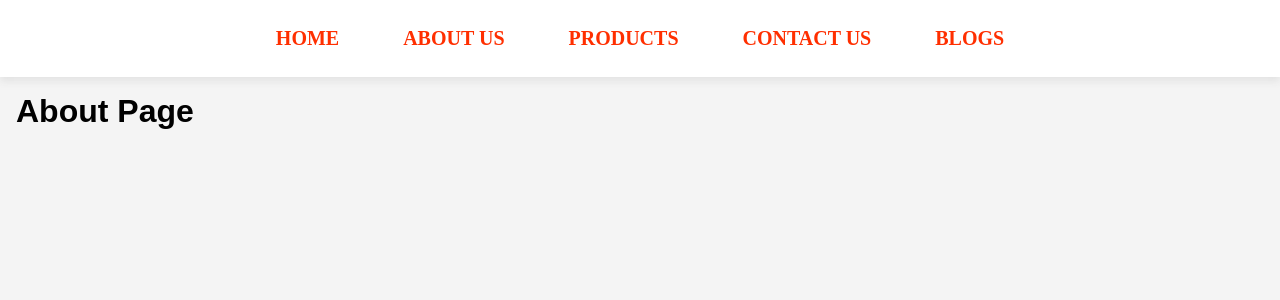
Repository: SharonSebastian32/ecommerce-web-using-react-framework
Page: /about
The author's editor kept a copy of each file at every save. The page is drawn from the files as they stood at one save, then again after a run of saves.
The browser window is 1280 px wide. The pictures show the whole page.
Some web fonts or font styles are not loaded; a fallback is used. The project was rebuilt for these pictures with package versions that can differ from the ones it lists, and the page was loaded fresh each time. Also part of the build but not shown: src/Style/homeStyle.css, src/pages/Home.jsx, src/pages/Blogs.jsx, src/pages/Contact.jsx, src/pages/NoPage.jsx, src/ProductPage/productCard.jsx, src/ProductPage/productPage.jsx, src/index.css.

Above is the page before, as saved 2024-07-02 12:11:32.

### src/main.jsx
 import ReactDOM from 'react-dom/client'
import App from './App.jsx'
import './index.css'

ReactDOM.createRoot(document.getElementById('root')).render(
     <App />
 )

### src/App.jsx
import ReactDOM from "react-dom/client";
import { BrowserRouter, Routes, Route } from "react-router-dom";
import Layout from "./pages/Layout";
import Home from "./pages/Home";
import Blogs from "./pages/Blogs";
import Contact from "./pages/Contact";
import NoPage from "./pages/NoPage";
import About from "./pages/About";
import './Style/layout1.css';
import ProFunction from "./ProductPage/productPage";
import '../src/App.css'



export default function App() {
  return (
    <BrowserRouter>
      <Routes>
        <Route path="/" element={<Layout />}>
          <Route index element={<Home />} />
          <Route path="blogs" element={<Blogs />} />
          <Route path="contact" element={<Contact />} />
          <Route path="about" element={<About />} />
          <Route path="product" element={<ProFunction />} />
          <Route path="*" element={<NoPage />} />
        </Route>
      </Routes>
    </BrowserRouter>
  );
}

const root = ReactDOM.createRoot(document.getElementById('root'));
root.render(<App />);

### src/pages/Layout.jsx
import '../Style/layout1.css'
import { Outlet, Link } from "react-router-dom";

const Layout = () => {
  return (
    <>

      <nav>

        <ul>

        <li>
          <Link to="/">HOME</Link>
        </li>
        <li>
          <Link to="/about">ABOUT US</Link>
        </li>
        <li>
          <Link to="/product">PRODUCTS</Link>
        </li>
        <li>
          <Link to="/contact">CONTACT US</Link>
        </li>
        <li>
          <Link to="/blogs">BLOGS</Link>
        </li>
        </ul>
      </nav>

      <Outlet />
    </>
  )
};

export default Layout;

### src/pages/About.jsx
const About = () => {


  return <h1>About Page</h1>;
};

export default About;

### src/Style/layout1.css


@import url('https://fonts.googleapis.com/css2?family=Playwrite+IT+Moderna:wght@100..400&display=swap');
    body {
        margin: 0;
        padding: 0;
        background-color: #e0ebf0;
    }

    nav {
        background-color: #ffffff;
        box-shadow: 0 4px 8px rgba(70, 69, 68, 0.1);
    }

    nav ul {
        list-style: none;
        margin: 0;
        padding: 0;
        display: flex;
        justify-content: center;
    }

    nav ul li {
        margin: 0;
    }

    nav ul li a {
        color: rgb(255, 47, 0);
        text-decoration: none;
        padding: 1.7rem 2rem;
        display: block;
        transition: background-color 0.3s ease, transform 0.3s ease;
        font-size: 20px;
        font-weight: bold;
        font-family: Moderna;


    }

    nav ul li a:hover {
        color:rgb(74, 199, 25);
        transform: translateY(-2px);
    }

### src/App.css
 body{
  margin: 0;
  padding: 0;
 }

### src/Style/Products/productPage.css
.product-section {
    display: flex;
    flex-wrap: wrap;
    justify-content: center;
}

.product-card {
    width: 200px;
    height: 350px;
    background-color: rgb(255, 255, 255);
    margin: 10px;
    padding: 10px;
    border-radius: 7px;
    backdrop-filter: blur(7px);
    box-shadow: 0 0.4rem 0.8rem #0005;
    text-align: center;
    transition: transform 0.3s ease-in-out;
}

.product-card:hover {
    transform: translateY(-9px);
}

.product-card img {
    width: 85%;
    height: 91px;
    transition: transform 0.3s ease-in-out;
}

.product-card:hover img {
    transform: scale(1.1);
}

.buy-btn {
    margin-top: 10px;
    background-color: rgb(255, 110, 7);
    color: rgb(255, 255, 255);
    border-radius: 5px;
    height: 29px;
    width: 100px;
    border: none;
    text-align: center;
    transition: background-color 0.3s, transform 0.2s;
}

.buy-btn:hover {
    background-color: rgb(255, 85, 0);
    transform: scale(1.1);
    color: rgb(255, 255, 255);
}

.head1 {
    text-align: center;
    color: #000080;
}

body {
    margin: 0;
    padding: 0;
}

h1,
h2,
p {
    margin: 10px;
    padding: 6px;
}

body {
    font-family: Arial, sans-serif;
    background-color: #f4f4f4;
    padding: 20px;
}

.title {
    font-weight: bold;
    color: royalblue;
}

Loaded but not shown: index.html (common file)

After the next 4 saves:
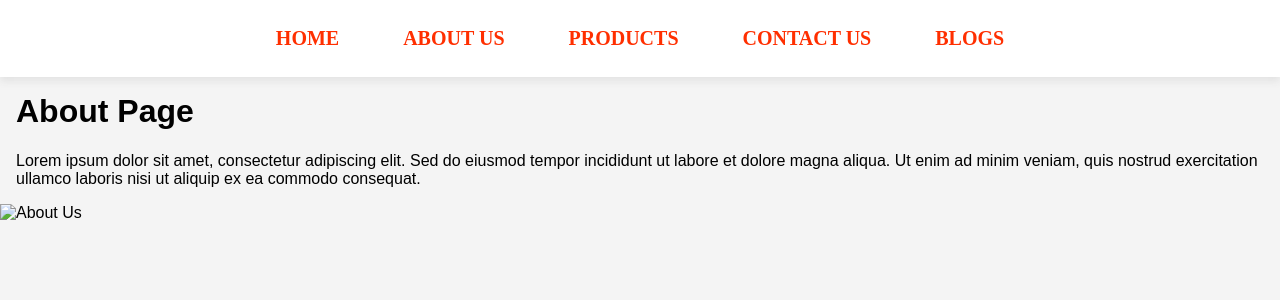
Not found: your-image-url.jpg
The 4 saves are shown as one change because 2 did not build or start and some came seconds apart.
The last was saved 112 s later.
--- a/src/pages/About.jsx
+++ b/src/pages/About.jsx
@@ -1,7 +1,20 @@
+ import '..css'; // Import the CSS file
+
 const About = () => {
-
-
-  return <h1>About Page</h1>;
+  return (
+    <div className="about-container">
+      <div className="about-description">
+        <h1>About Page</h1>
+        <p>
+          Lorem ipsum dolor sit amet, consectetur adipiscing elit. Sed do eiusmod tempor incididunt ut labore et dolore magna aliqua.
+          Ut enim ad minim veniam, quis nostrud exercitation ullamco laboris nisi ut aliquip ex ea commodo consequat.
+        </p>
+      </div>
+      <div className="about-image">
+        <img src="your-image-url.jpg" alt="About Us" />
+      </div>
+    </div>
+  );
 };
 
 export default About;
